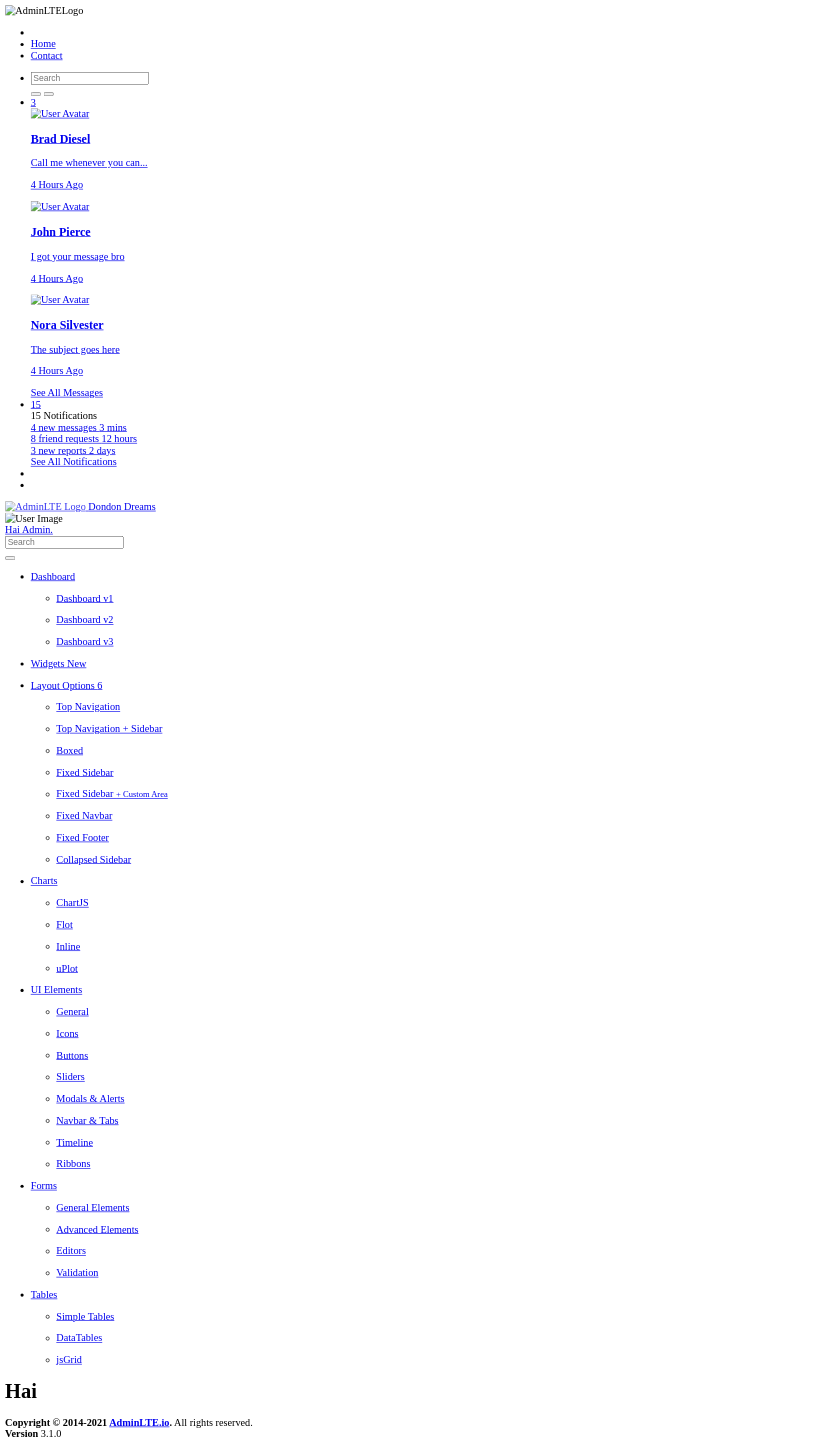
Repository: F14NDJ1/dondon-dreams
Page: http://localhost/admin
The author's editor kept a copy of each file at every save. The page is drawn from the files as they stood at one save, then again after the next save.
The browser window is 1280 px wide. The pictures show the whole page, at 64% of full size.
Some web fonts or font styles are not loaded; a fallback is used. The page is served by the project's Laravel application, run on PHP 8.4 with Laravel 8.

Above is the page before, as saved 2021-10-30 17:55:10.
Console error: ReferenceError: $ is not defined

After the next save:
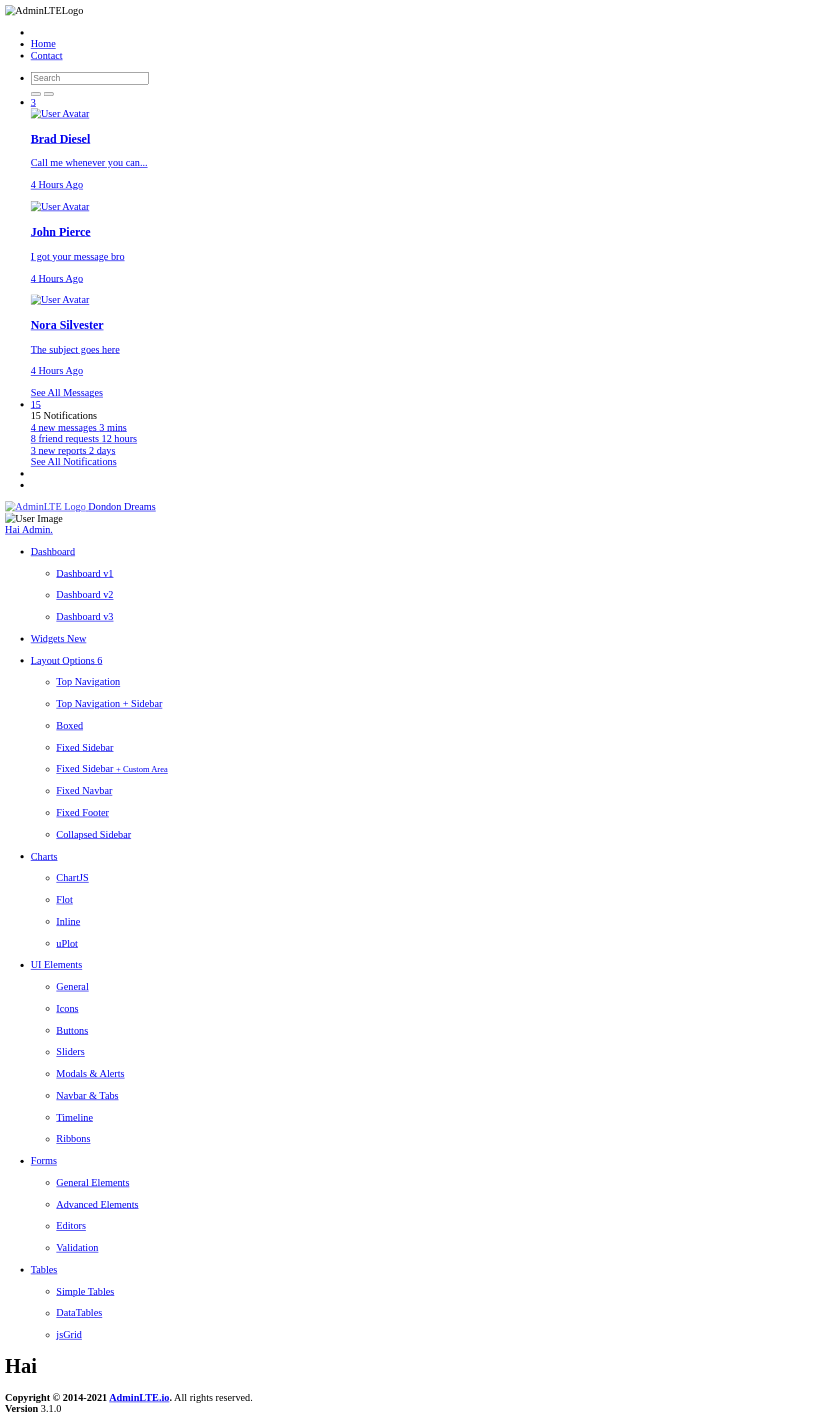
Saved 91 s later.
--- a/resources/views/admin/partials/sidebar.blade.php
+++ b/resources/views/admin/partials/sidebar.blade.php
@@ -18,18 +18,6 @@
                     </div>
                 </div>
 
-                <!-- SidebarSearch Form -->
-                <div class="form-inline">
-                    <div class="input-group" data-widget="sidebar-search">
-                        <input class="form-control form-control-sidebar" type="search" placeholder="Search" aria-label="Search">
-                        <div class="input-group-append">
-                            <button class="btn btn-sidebar">
-                                <i class="fas fa-search fa-fw"></i>
-                            </button>
-                        </div>
-                    </div>
-                </div>
-
                 <!-- Sidebar Menu -->
                 <nav class="mt-2">
                     <ul class="nav nav-pills nav-sidebar flex-column" data-widget="treeview" role="menu" data-accordion="false">
